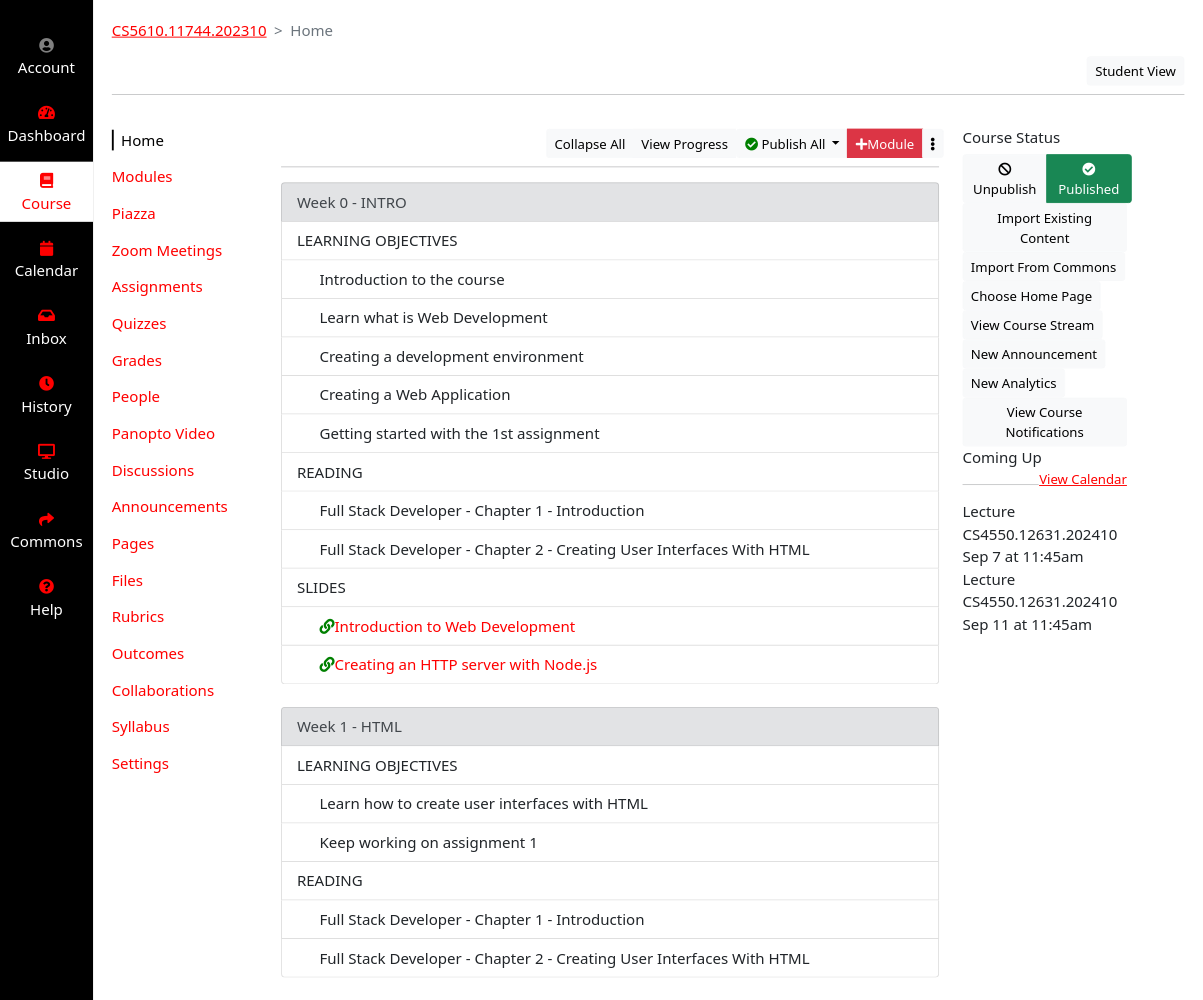
Repository: yuqiant/kanbas-react-web-app
Page: public/kanbas/home.html
The author's editor kept a copy of each file at every save. The page is drawn from the files as they stood at one save, then again after the next save.
The browser window is 1280 px wide. The pictures show the whole page, at 94% of full size.

Above is the page before, as saved 2023-10-04 23:31:49.

### public/kanbas/home.html
<!DOCTYPE html>
<html lang="en">

<head>
    <meta charset="UTF-8">
    <meta name="viewport" content="width=device-width, initial-scale=1.0">
    <title>Flexbox Layout</title>
    <link rel="stylesheet" href="../vendors/fontawesome/css/all.min.css">
    <link rel="stylesheet" href="../vendors/bootstrap/css/bootstrap.min.css" />
    <link href="course/courseNavigation.css" rel="stylesheet" />
</head>

<body>
    <div class="flex-container">
        <div class="left-column">

            <ul>
                <li><i class="fa fa-user-circle fa-inverse" style="color: grey;"></i><a
                        href="account/account.html">Account</a> </li>
                <li><i class="fas fa-tachometer-alt" style="color: red;"></i><a href="#">Dashboard</a></li>
                <li class="active"><i class="fas fa-book" style="color: red;"></i><a href="course/courseNavigation.html"
                        style="color: red;">Course</a>
                </li>
                <li><i class="fas fa-calendar" style="color: red;""></i><a href=" #">Calendar</a></li>
                <li><i class="fas fa-inbox" style="color: red;"></i><a href="#">Inbox</a></li>
                <li><i class="fas fa-clock" style="color: red;"></i><a href="#">History</a></li>
                <li><i class="fas fa-desktop" style="color: red;"></i><a href="#">Studio</a></li>
                <li><i class="fas fa-share" style="color: red;"></i><a href="#">Commons</a></li>
                <li><i class="fas fa-question-circle" style="color: red;"></i><a href="#">Help</a></li>
            </ul>

        </div>
        <div class="right-column">

            <div class="right-top">
                <nav style="--bs-breadcrumb-divider: '>';" aria-label="breadcrumb">
                    <ol class="breadcrumb">
                        <li class="breadcrumb-item"><a href="dashboard/index.html"
                                style="color: red;">CS5610.11744.202310</a></li>
                        <li class="breadcrumb-item active" aria-current="page">Home</li>
                    </ol>
                </nav>
                <div class="float-sm-end"> <button class="btn btn-light btn-sm">Student View</button>
                </div><br />
                <hr />


            </div>
            <div class="right-bottom">
                <div class="right-bottom-item1">
                    <ul>
                        <li class="active"><a href="home.html" style="color: black;">Home</a></li>
                        <li><a href="#">Modules</a></li>
                        <li><a href="#">Piazza</a></li>
                        <li><a href="#">Zoom Meetings</a></li>
                        <li><a href="assignment/index.html">Assignments</a></li>
                        <li><a href="#">Quizzes</a></li>
                        <li><a href="grades.html">Grades</a></li>
                        <li><a href="#">People</a></li>
                        <li><a href="#">Panopto Video</a></li>
                        <li><a href="#">Discussions</a></li>
                        <li><a href="#">Announcements</a></li>
                        <li><a href="#">Pages</a></li>
                        <li><a href="#">Files</a></li>
                        <li><a href="#">Rubrics</a></li>
                        <li><a href="#">Outcomes</a></li>
                        <li><a href="#">Collaborations</a></li>
                        <li><a href="#">Syllabus</a></li>
                        <li><a href="coursesetting.html">Settings</a></li>
                    </ul>
                </div>

                <div class="right-bottom-item2">

                    <div class="float-sm-end">
                        <div class="btn-group" style="margin-right: -5px;">
                            <button class="btn btn-light btn-sm">Collapse All</button>
                            <button class="btn btn-light btn-sm">View Progress</button>

                            <div class="dropdown">
                                <button class="btn btn-light btn-sm dropdown-toggle" type="button"
                                    data-bs-toggle="dropdown" aria-expanded="false"><i class="fa fa-check-circle"
                                        aria-hidden="true" style="color: green;"></i>
                                    Publish All
                                </button>
                                <ul class="dropdown-menu">
                                    <li><a class="dropdown-item" href="#">Action</a></li>
                                    <li><a class="dropdown-item" href="#">Another action</a></li>
                                    <li><a class="dropdown-item" href="#">Something else here</a></li>
                                </ul>
                            </div>
                            <button class="btn btn-danger btn-sm"><i class="fa fa-plus"
                                    aria-hidden="true"></i>Module</button>
                            <button class="btn btn-light btn-sm"><i class="fa fa-ellipsis-v"
                                    aria-hidden="true"></i></button>
                        </div>

                    </div><br>
                    <hr />




                    <!-- Module 1 -->
                    <div class="list-group mb-4">
                        <a href="#" class="list-group-item list-group-item-secondary">Week 0 - INTRO</a>
                        <a href="#" class="list-group-item">LEARNING OBJECTIVES</a>
                        <!-- <ul class="list-group custom-indent"> -->
                        <li class="list-group-item custom-indent">Introduction to the course</li>
                        <li class="list-group-item custom-indent">Learn what is Web Development</li>
                        <li class="list-group-item custom-indent">Creating a development environment</li>
                        <li class="list-group-item custom-indent">Creating a Web Application</li>
                        <li class="list-group-item custom-indent">Getting started with the 1st assignment</li>
                        <!-- </ul> -->

                        <a href="#" class="list-group-item">READING</a>
                        <li class="list-group-item custom-indent">Full Stack Developer - Chapter 1 - Introduction</li>
                        <li class="list-group-item custom-indent">Full Stack Developer - Chapter 2 - Creating User
                            Interfaces With
                            HTML</li>


                        <a href="#" class="list-group-item">SLIDES</a>
                        <a href="#" class="list-group-item custom-indent" style="color: red;"><i class="fas fa-link"
                                style="color: green;"></i>Introduction to Web
                            Development</a>
                        <a href="#" class="list-group-item custom-indent" style="color: red;"><i class="fas fa-link"
                                style="color: green;"></i>Creating an HTTP server
                            with Node.js</a>


                    </div>

                    <div class="list-group mb-4">
                        <a href="#" class="list-group-item list-group-item-secondary">Week 1 - HTML</a>
                        <a href="#" class="list-group-item">LEARNING OBJECTIVES</a>
                        <!-- <ul class="list-group custom-indent"> -->
                        <li class="list-group-item custom-indent">Learn how to create user interfaces with HTML</li>
                        <li class="list-group-item custom-indent">Keep working on assignment 1</li>

                        <!-- </ul> -->

                        <a href="#" class="list-group-item">READING</a>
                        <li class="list-group-item custom-indent">Full Stack Developer - Chapter 1 - Introduction</li>
                        <li class="list-group-item custom-indent">Full Stack Developer - Chapter 2 - Creating User
                            Interfaces With
                            HTML</li>





                    </div>

                </div>

                <div class="right-bottom-item3">
                    <h6>Course Status</h6>
                    <div class="btn-group" style="margin-right: -5px;">
                        <button class="btn btn-light btn-sm"><i class="fas fa-ban"></i>Unpublish</button>
                        <button class="btn btn-success btn-sm"><i class="fa fa-check-circle" aria-hidden="true"></i>
                            Published</button>
                    </div><br />
                    <button class="btn btn-light btn-sm">Import Existing Content</button>
                    <button class="btn btn-light btn-sm">Import From Commons</button>
                    <button class="btn btn-light btn-sm">Choose Home Page</button>
                    <button class="btn btn-light btn-sm">View Course Stream</button>
                    <button class="btn btn-light btn-sm">New Announcement</button>
                    <button class="btn btn-light btn-sm">New Analytics</button>
                    <button class="btn btn-light btn-sm">View Course Notifications</button><br />

                    Coming Up
                    <div class="float-sm-end smaller-text"><a href="#" style="color: red;">View Calendar</a></div>
                    <hr />

                    <div class="part">
                        Lecture<br />
                        CS4550.12631.202410<br />
                        Sep 7 at 11:45am<br />
                    </div>

                    <div class="part">
                        Lecture<br />
                        CS4550.12631.202410<br />
                        Sep 11 at 11:45am<br />
                    </div>













                </div>


            </div>




        </div>

    </div>
    </div>
    </div>
</body>


</html>

### public/kanbas/course/courseNavigation.css
.flex-container {
    display: flex;
    height: 100%;
}


.left-column {

    width: 0 0 80px;
    /* Adjust sidebar width as needed (between 75 and 85 pixels) */
    background-color: black;
    color: white;
    text-align: center;
    padding-top: 20px;
}

.left-column ul {
    list-style-type: none;
    padding: 0;
}

.left-column li {
    margin: 8px 0;
    /* Adjust margin between links as needed (between 5 and 10 pixels) */
    padding: 8px;
    /* Adjust padding around links as needed (between 5 and 10 pixels) */
}

.left-column li.active {
    color: red;
    background-color: white;


}



.left-column a {
    color: white;
    text-decoration: none;
    display: block;
}

.right-column {

    flex: 2;
    /* 占据可用空间的两部分 */
    display: flex;
    flex-direction: column;
    /* 垂直方向排列 */
}


.right-top {
    padding: 20px;
}


.right-bottom {
    display: flex;
    flex-direction: row;

    flex: 1;

}


.right-bottom-item {
    flex: 1;

    padding: 10px;
}

.right-bottom-item1 {
    width: 200px;

    /* padding: 10px; */
    border-left: 25px
}

.right-bottom-item1 a {
    color: red;
    text-decoration: none;

}


.right-bottom-item1 ul {
    list-style: none;
    padding: 0;
}

.right-bottom-item1 li {
    margin-bottom: 15px;
    padding-left: 20px;
}

.right-bottom-item1 li.active a {
    color: black;
    padding-left: 8px;

    /* padding-right: 10px; */

    border-left: 2px solid black;
}


.right-bottom-item2 {
    width: 700px;

    /* padding: 10px; */
    border-left: 25px;
    /* flex-direction: column; */
}

.custom-indent {
    padding-left: 40px;
    /* 调整适当的缩进大小 */
}

.right-bottom-item3 {
    width: 200px;

    padding-left: 25px;
    /* padding: 10px; */
    /* border-left: 25px; */
    /* flex-direction: column; */
}

.smaller-text {
    font-size: 14px;
}

Loaded but not shown: public/vendors/fontawesome/css/all.min.css (library); public/vendors/bootstrap/css/bootstrap.min.css (library)

After the next save:
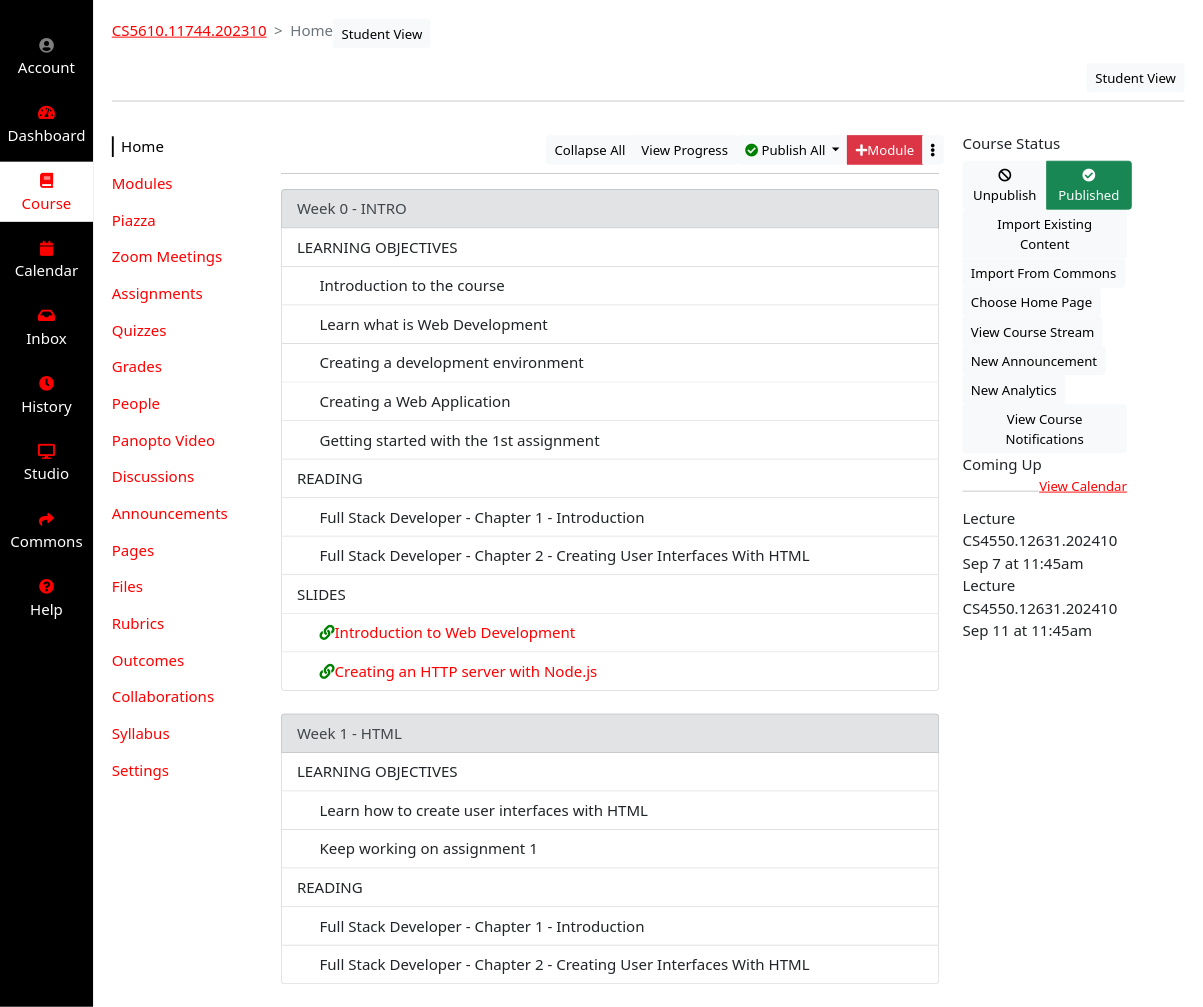
Saved 40 s later.
--- a/public/kanbas/home.html
+++ b/public/kanbas/home.html
@@ -38,6 +38,8 @@
                         <li class="breadcrumb-item"><a href="dashboard/index.html"
                                 style="color: red;">CS5610.11744.202310</a></li>
                         <li class="breadcrumb-item active" aria-current="page">Home</li>
+                        <div class="float-sm-end"> <button class="btn btn-light btn-sm">Student View</button>
+                        </div><br />
                     </ol>
                 </nav>
                 <div class="float-sm-end"> <button class="btn btn-light btn-sm">Student View</button>

After the save that followed:
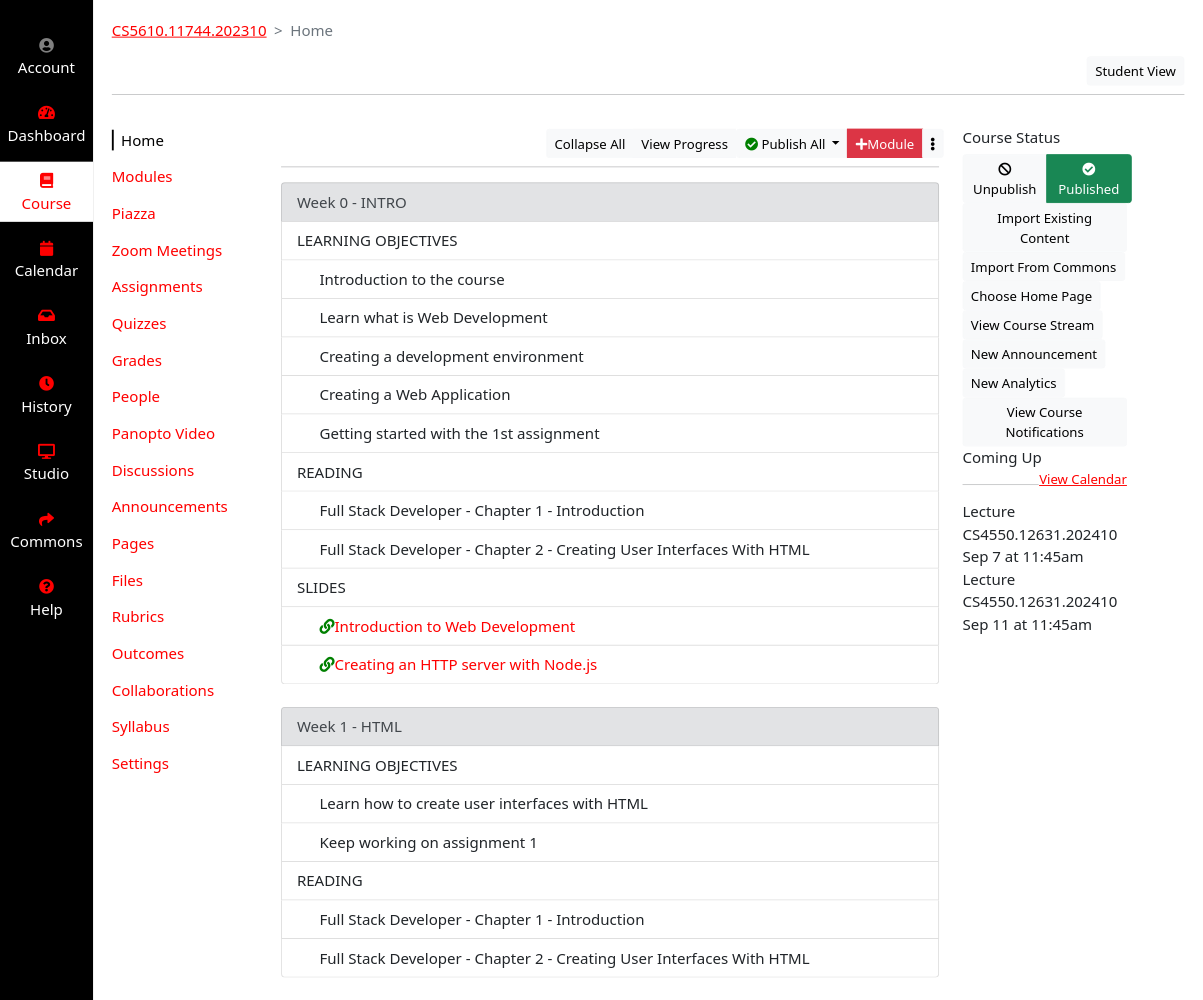
Saved 16 s later.
--- a/public/kanbas/home.html
+++ b/public/kanbas/home.html
@@ -38,8 +38,6 @@
                         <li class="breadcrumb-item"><a href="dashboard/index.html"
                                 style="color: red;">CS5610.11744.202310</a></li>
                         <li class="breadcrumb-item active" aria-current="page">Home</li>
-                        <div class="float-sm-end"> <button class="btn btn-light btn-sm">Student View</button>
-                        </div><br />
                     </ol>
                 </nav>
                 <div class="float-sm-end"> <button class="btn btn-light btn-sm">Student View</button>
